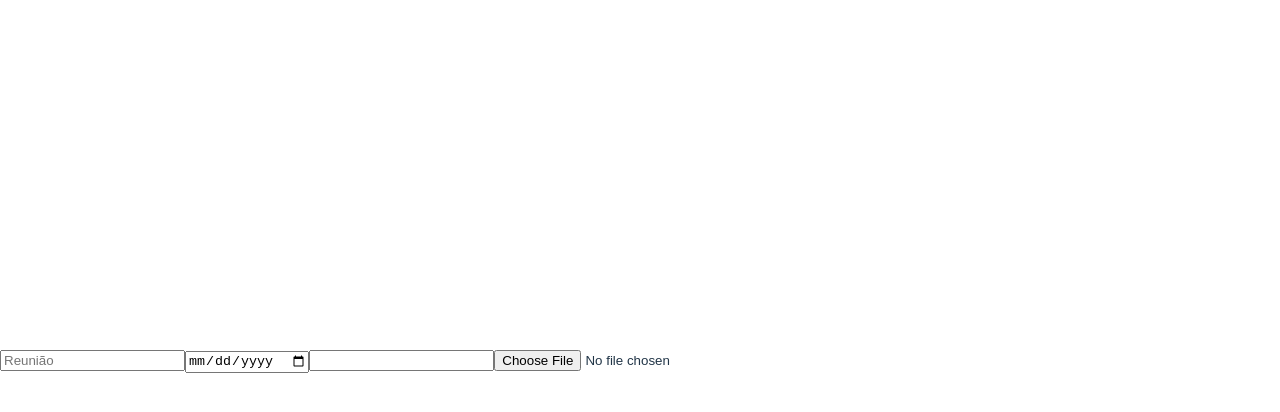
Repository: TamiBeira/meeting
Page: /
The author's editor kept a copy of each file at every save. The page is drawn from the files as they stood at one save, then again after the next save.
The browser window is 1280 px wide. The pictures show the whole page.
The project was rebuilt for these pictures with package versions that can differ from the ones it lists, and the page was loaded fresh each time. Also part of the build but not shown: vite.config.ts.

Above is the page before, as saved 2024-02-26 10:39:18.

After the next save:
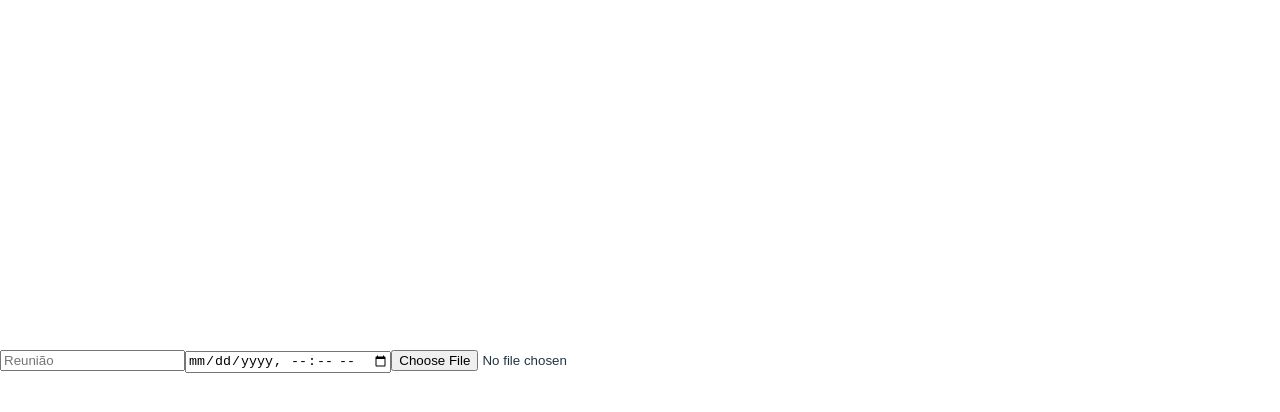
Saved 42 s later.
--- a/src/components/Form.tsx
+++ b/src/components/Form.tsx
@@ -10,8 +10,7 @@ export const Form = () =>{
         <main>
             <div>
                 <input type="text" placeholder="Reunião" />
-                <input type="date" name="" id="" />
-                <input type="datetime" name="" id="" />
+                <input type="datetime-local" name="" id="" />
                 <input type="file" name="" id="" />
             </div>
         </main>
